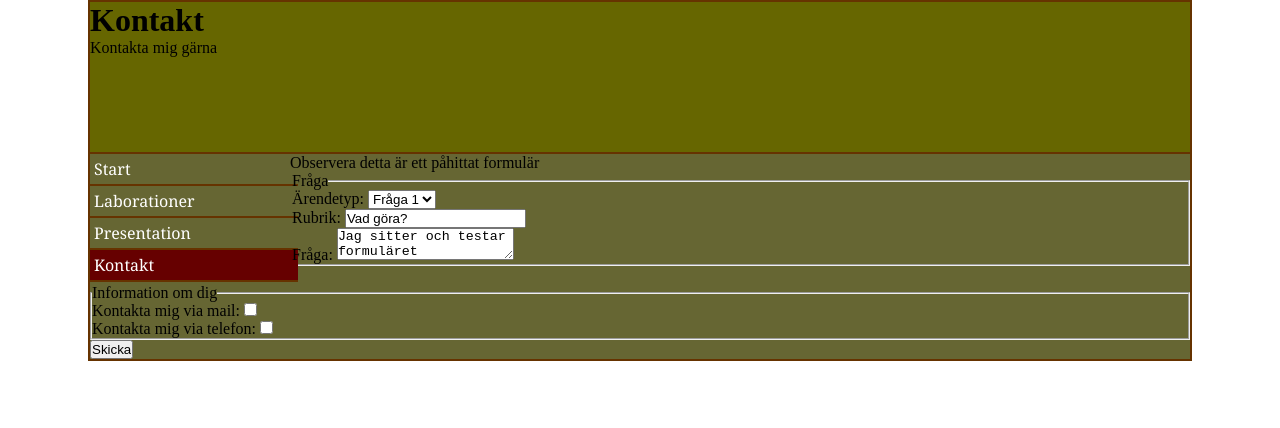
Repository: jt222ia/1ik415-jt222ia-laborationer
Page: pages/kontakt.html
The author's editor kept a record of every edit. The page is drawn from the files as they stood at one moment, then again after the next edit.
The browser window is 1280 px wide. The pictures show the whole page.

Above is the page before.

After the next edit:
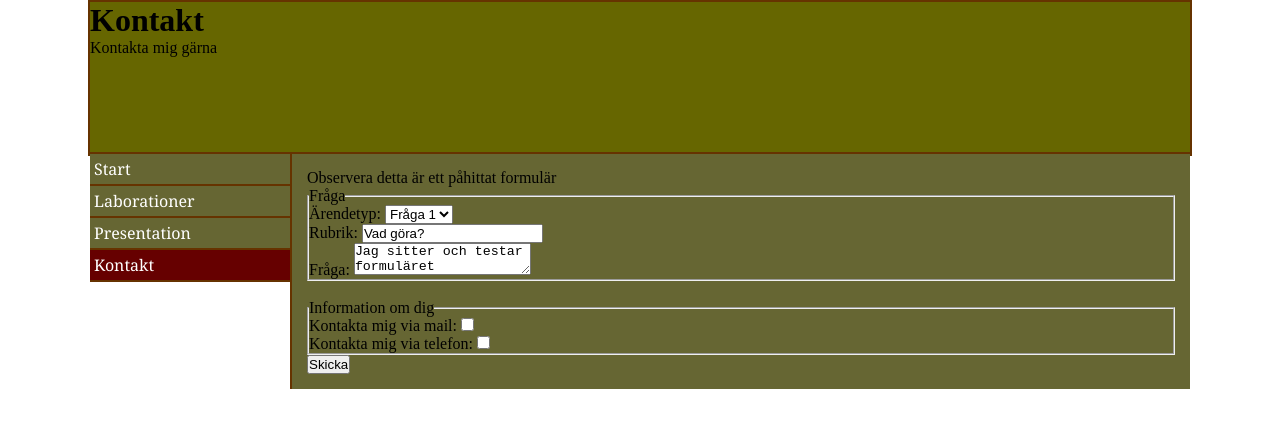
The edit:
--- a/pages/kontakt.html
+++ b/pages/kontakt.html
@@ -19,6 +19,7 @@
                <li><a href="kontakt.html" class="active">Kontakt</a></li>
             </ul>
         </div>
+        <div id="content">
         <p>Observera detta är ett påhittat formulär</p>
 
         <form method="POST" action="http://voyager.lnu.se/tekinet/kurser/dtt/wp_webbintro/form.php">
